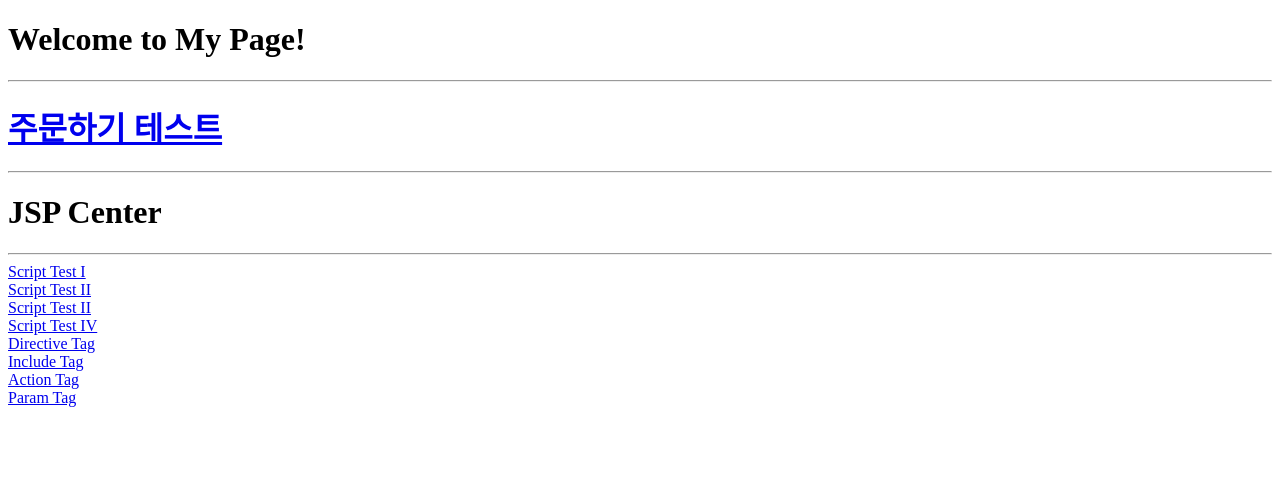
Repository: zxcvne/1400_web_nhs
Page: 05_jsp/src/web/src/main/webapp/index.html
These files come from the project's save history. The page is drawn as it stood at one moment and after the next save; the edit follows.
The browser window is 1280 px wide. The pictures show the whole page.

Above is the page before, as saved 2025-10-26 07:20:14.

After the next save:
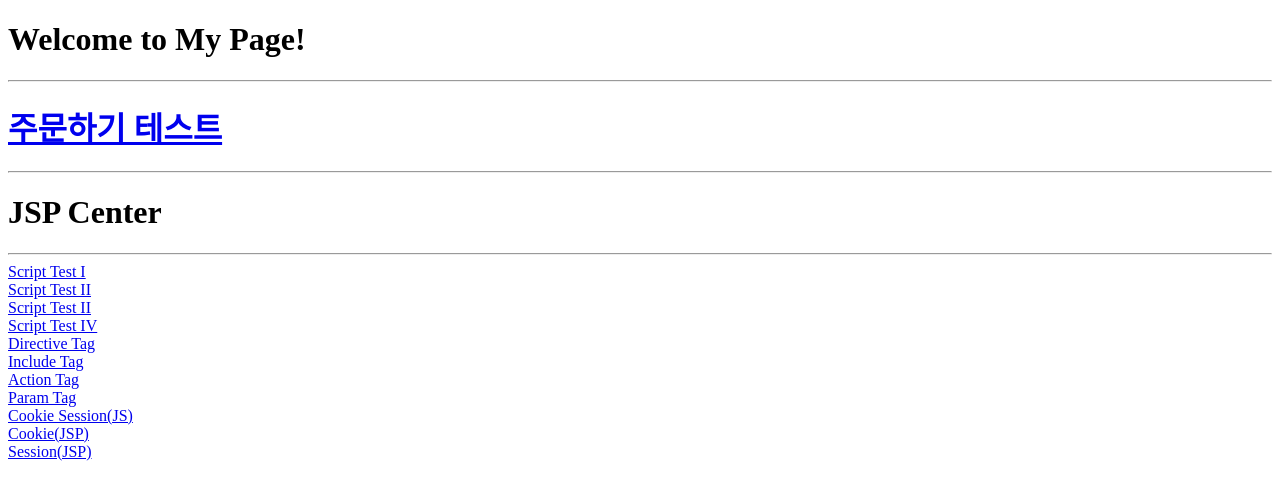
Saved 21 min 49 s later.
--- a/05_jsp/src/web/src/main/webapp/index.html
+++ b/05_jsp/src/web/src/main/webapp/index.html
@@ -19,5 +19,8 @@
 	<a href="07_include.jsp">Include Tag</a> <br>
 	<a href="08_forward.jsp">Action Tag</a> <br>
 	<a href="09_param.jsp">Param Tag</a> <br>
+	<a href="10_Cookie_Session.jsp">Cookie Session(JS)</a> <br>
+	<a href="11_Cookie.jsp">Cookie(JSP)</a> <br>
+	<a href="11_Cookie.jsp">Session(JSP)</a> <br>
 </body>
 </html>
